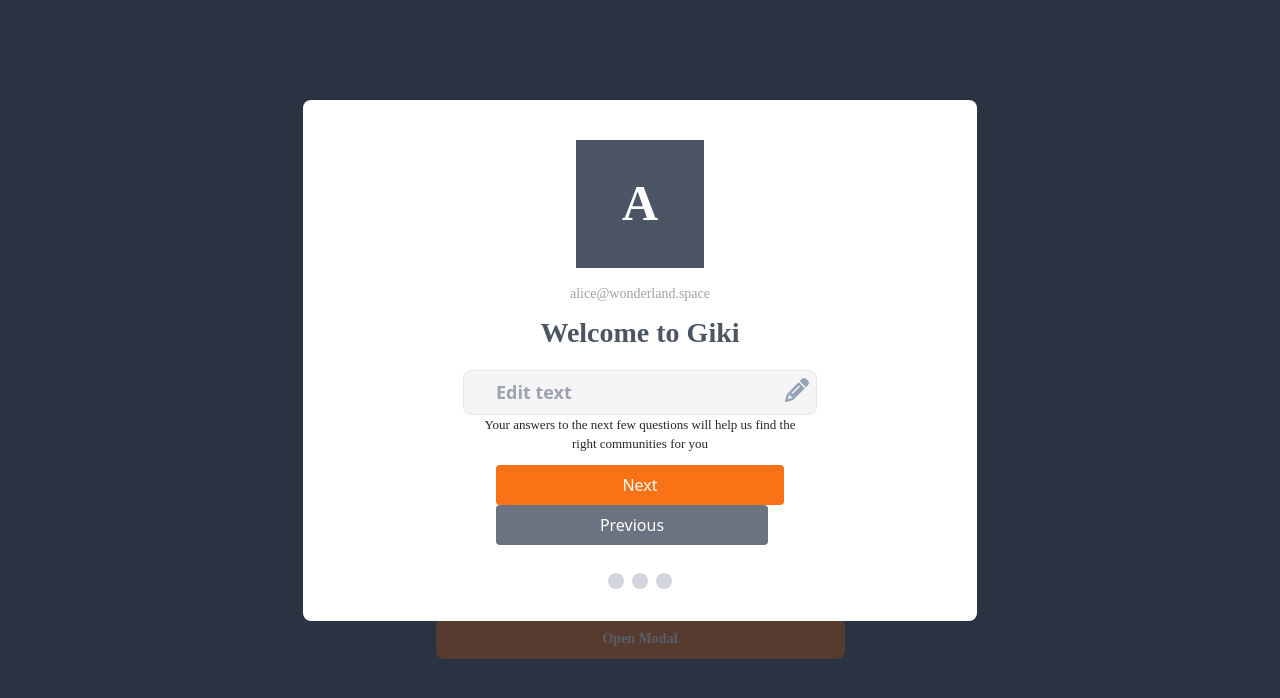
Repository: ZakariaZhlat125/lucatctyteste
Page: /, after clicking the first element matching `button.mt-36`
These files come from the project's save history. The page is drawn as it stood at one moment and after the next save; the edit follows.
The browser window is 1280 px wide. The pictures show the whole page.
The project was rebuilt for these pictures with package versions that can differ from the ones it lists, and the page was loaded fresh each time. Also part of the build but not shown: vite.config.js, src/Components/ModalComponents/PickLang.jsx, src/Components/ModalComponents/SelectImage.jsx.

Above is the page before, as saved 2023-09-29 11:31:56.

After the next save:
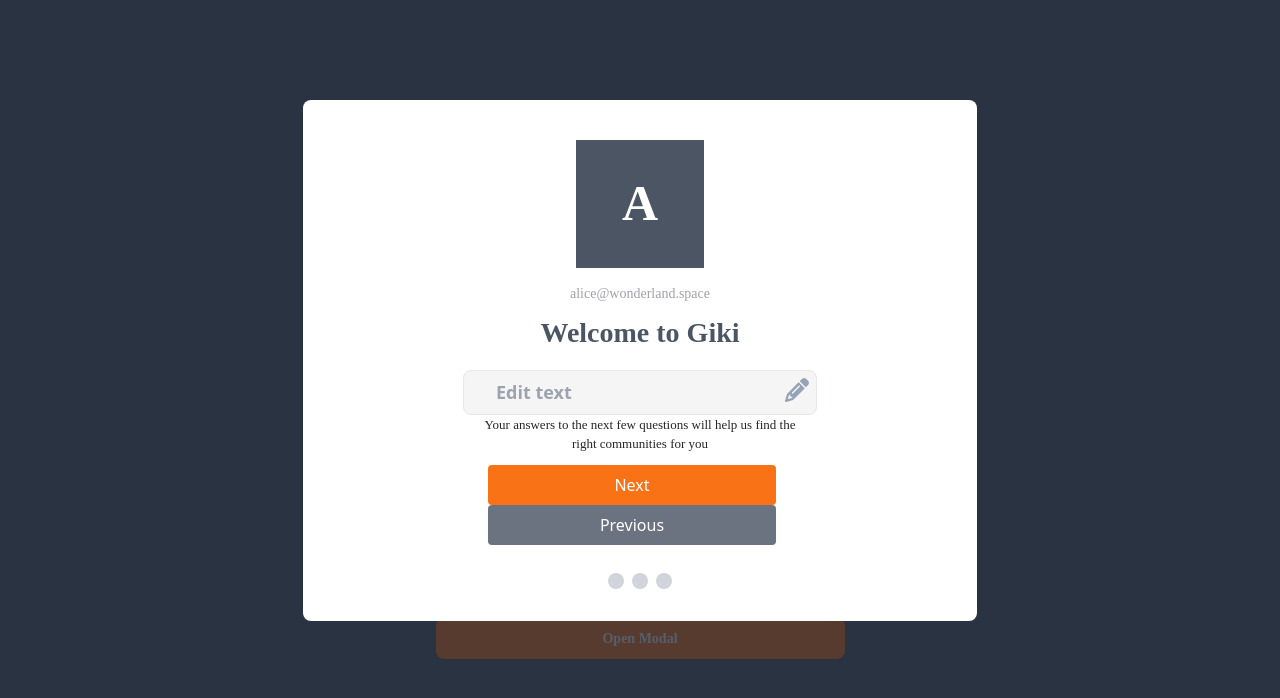
Saved 14 s later.
--- a/src/Components/ModalComponents/Modal.jsx
+++ b/src/Components/ModalComponents/Modal.jsx
@@ -55,7 +55,7 @@
         </button>
         <button
           onClick={prevPage}
-          className="mr-4 bg-gray-500 text-white px-4 py-2 rounded"
+          className="mr-4 w-72 bg-gray-500 text-white px-4 py-2 rounded"
         >
           Previous
         </button>
